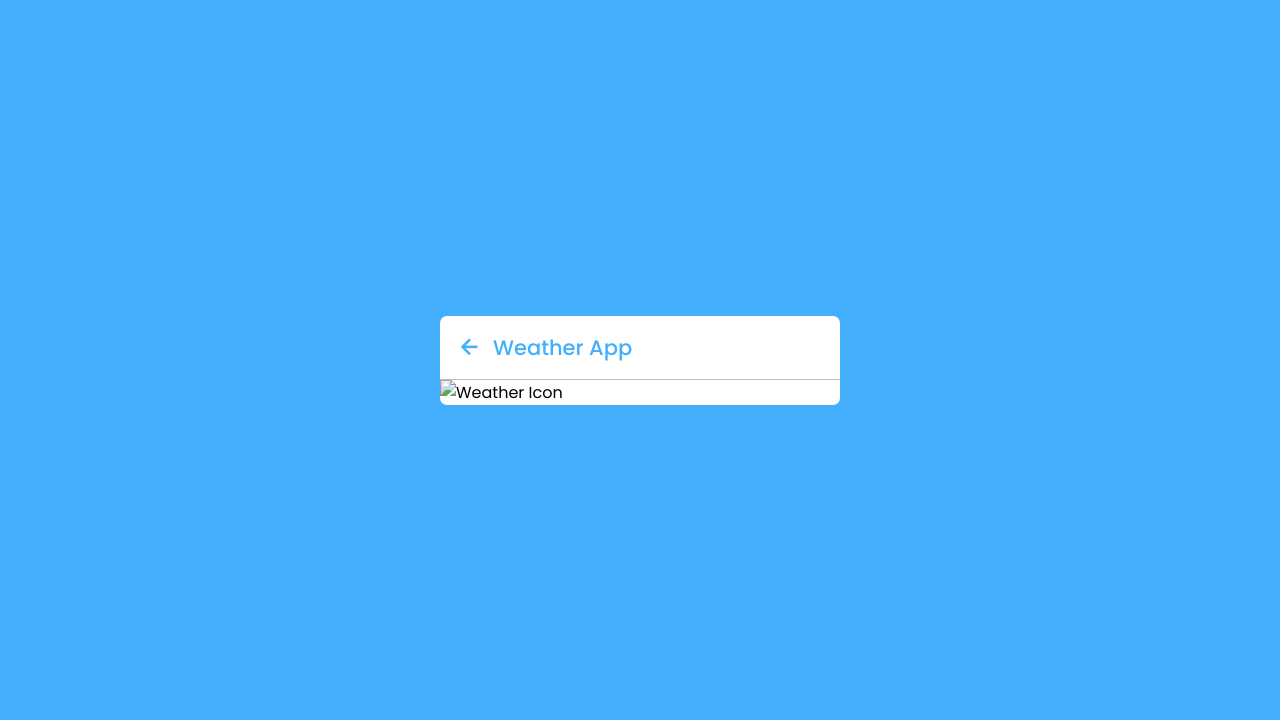
Repository: long13820/Weather-App-HTML-CSS-Javascript
Page: index.html
These files come from the project's save history. The page is drawn as it stood at one moment and after a run of saves; the edit follows.
The browser window is 1280 px wide. The pictures show the whole page.

Above is the page before, as saved 2021-09-02 10:23:32.

After the next 6 saves:
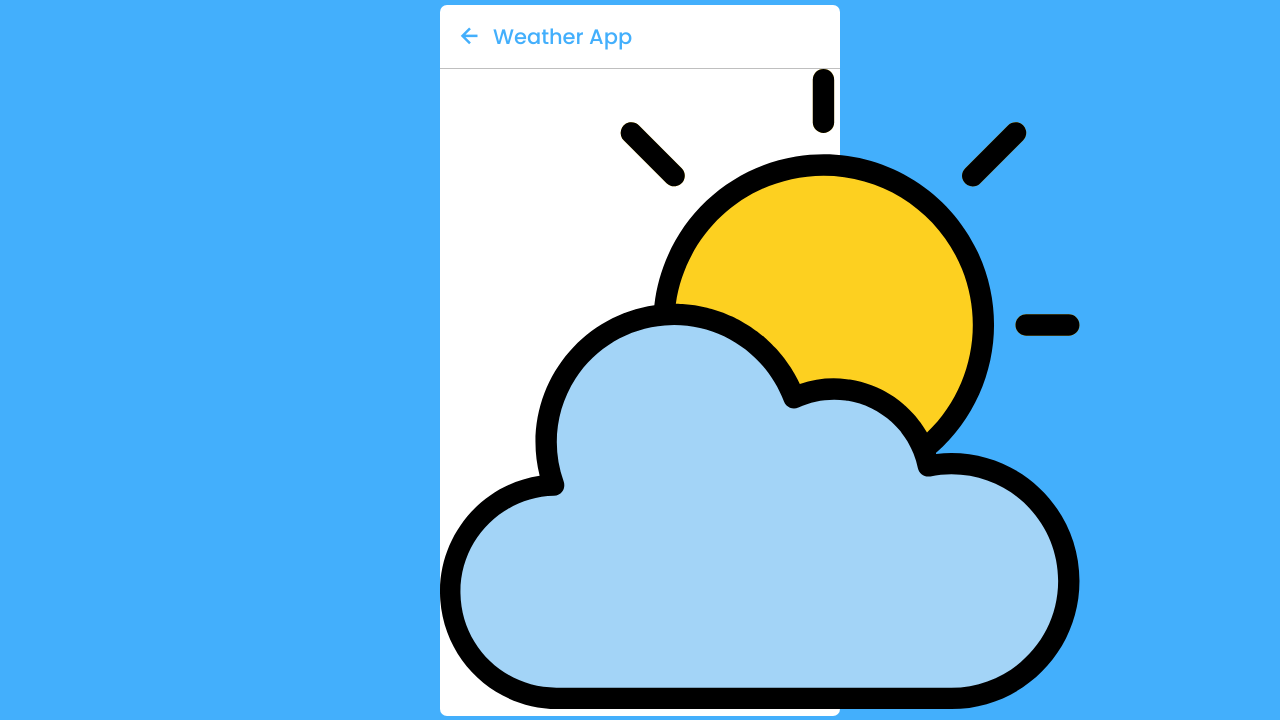
The 6 saves are shown as one change because they came seconds apart.
The last was saved 21 s later.
--- a/index.html
+++ b/index.html
@@ -25,7 +25,7 @@
             <button>Get Device Location</button>
         </section>
         <section class="weather-part">
-            <img src="" alt="Weather Icon">
+            <img src="/Weather Icons/cloud.svg" alt="Weather Icon">
         </section>
     </div>
 </body>
